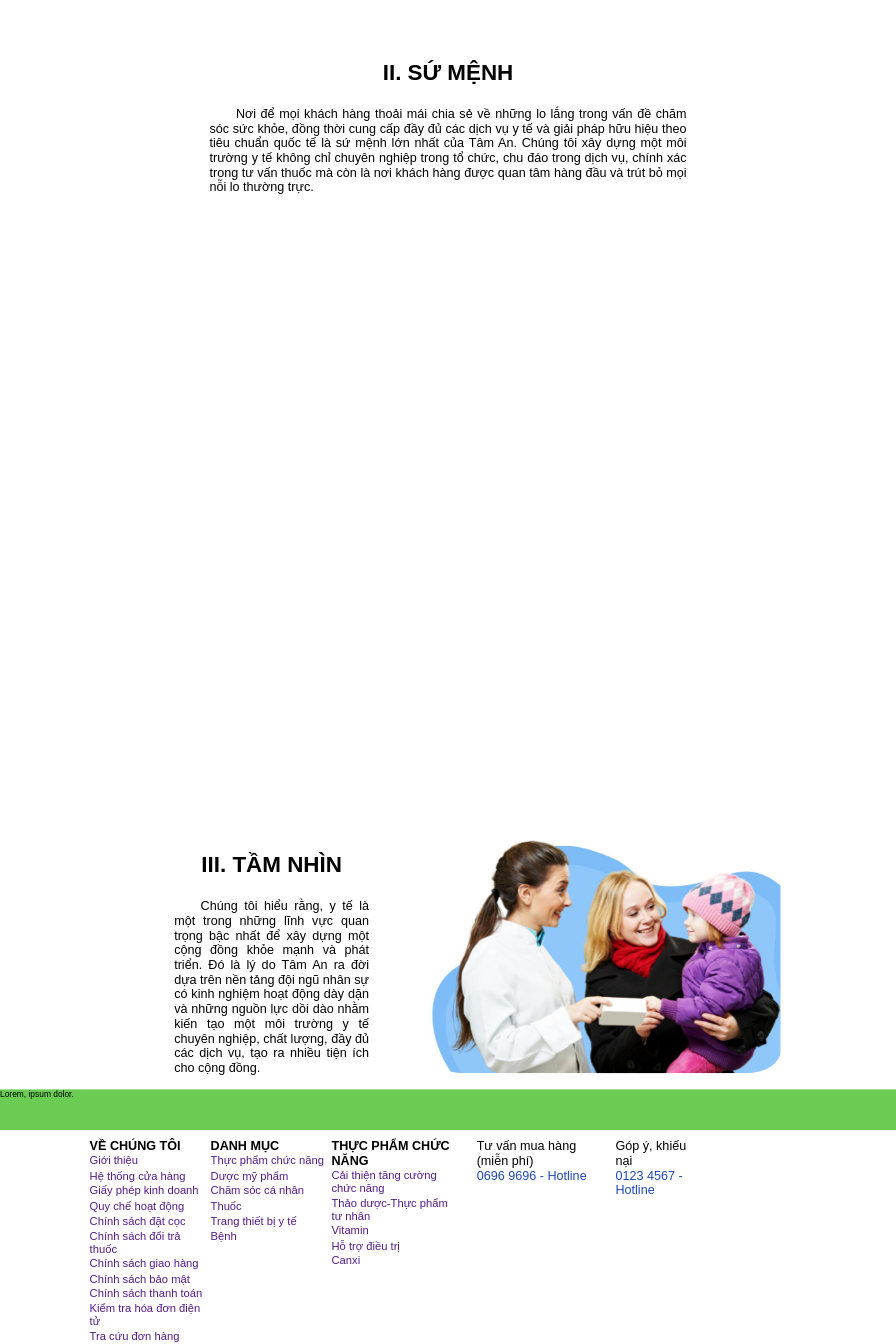
Repository: ViralAIWorks/TamAnPharmacy.github.io
Page: pages/thongtin.html
An editor plug-in stored every save of this project. The page is shown before and after the next save, followed by the edit.
The browser window is 1280 px wide. The pictures show the part of the page from y = 1326 to 3246 px (the page is 3246 px tall before and 2961 px after), at 70% of full size.
Some web fonts or font styles are not loaded; a fallback is used.

Above is the page before, as saved 2022-03-14 11:01:52.

### pages/thongtin.html
<!DOCTYPE html>

<html lang="en">

<head>
    <meta charset="utf-8" />
    <meta http-equiv="X-UA-Compatible" content="IE-edge" />
    <meta name="viewport" content="width=devive-width, initial-scale=1.0" />
    <title>Tâm An - About Us</title>
    <link href="images/logo/Tâm An Pharmacy.png" rel="icon" />
    <!--CSS cho icon va framework-->
    <link rel="stylesheet" href="https://cdnjs.cloudflare.com/ajax/libs/font-awesome/5.15.4/css/all.min.css" />
    <!--Custom css-->
    <link href="style/style_cactrang.css" rel="stylesheet" />
    <!--Css cho mobile-->
    <link rel="stylesheet" href="https://unpkg.com/swiper@7/swiper-bundle.min.css" />
</head>

<body>
    <!--Tạo header-->
    <header class="header">
        <a href="/index.html">

            <img src="images/logo/logo2.png" class="logo" width="200" height="200" alt="tamanlogo" />
        </a>
        <!--tao thanh navbar-->
        <nav class="navbar">
            <a href="thuoc.html">THUỐC</a>
            <a href="thietbiyte.html">THIẾT BỊ Y TẾ</a>
            <a href="chamsoccanhan.html">CHĂM SÓC CÁ NHÂN</a>
            <a href="suckhoe.html">SỨC KHỎE</a>
            <a href="thongtin.html">THÔNG TIN</a>
        </nav>
        <!--tao thanh tim kiem, gio hang va nutlogin-->
        <div class="icons">
            <div class="fas fa-search" id="search-btn"></div>
            <div class="fas fa-shopping-cart" id="cart-btn"></div>
            <div class="fas fa-user" id="login-btn"></div>
        </div>

        <!--Tao form tim kiem-->
        <form action="" class="search-form">
            <input type="search" id="search-box" placeholder="Tìm kiếm tại đây..." />
            <label for="search-box" class="fas fa-search"></label>
        </form>
    </header>

    <!-- bodythongtin -->
    <main class="pagethongtin">
        <img src="images/aboutus.jpg" id="aboutus-picture">
        <br>
        <div class="content">
            <!-- Về chúng tôi -->
            <div class="infomation">
                <div class="flex-info">
                    <div>
                        <h3 class="titleSize">I. VỀ CHÚNG TÔI</h3>
                        <p class="align-p"> Được thành lập vào năm 2021, Nhà thuốc Tâm an là một trong những startup dược phẩm triển vọng nhất tại Việt Nam. Đến nay Tâm An sở hữu mang lưới hơn 10 nhà thuốc đạt chuẩn GPP trên toàn quốc, cùng đội ngũ hơn 50 dược sĩ đáng tin
                            cậy, cung cấp các sản phẩm thuốc, chăm sóc cá nhân, thiết bị y hàng đầu với giá thành cạnh tranh nhất.
                            <p class="align-p"> Hiện nay Tâm An đã có hệ thống nhà thuốc rải khắp các quận huyện tại TP.HCM.</p>
                            <p class="align-p"> Tới năm 2030, Tâm An sẽ tiếp tục mở rộng hệ thống lên đến 300 nhà thuốc đạt chuẩn GPP trên khắp cả nước với hơn 1.000 dược sĩ đáng tin cậy, hướng đến mục tiêu trở thành nhà thuốc bán lẻ hiện đại và mang đến trải nghiệm tối
                                ưu cho khách hàng.</p>
                        </p>
                    </div>
                    <left>
                        <img src="images/4NewInfo/2.png" class="img25-position">
                    </left>
                </div>
            </div>
            <br>
            <!-- Sứ mệnh -->
            <div class="destiny">
                <div class="grid-des">
                    <div id="margin-des">
                        <h3 class="titleSize">II. SỨ MỆNH</h3>
                        <p>Nơi để mọi khách hàng thoải mái chia sẻ về những lo lắng trong vấn đề chăm sóc sức khỏe, đồng thời cung cấp đầy đủ các dịch vụ y tế và giải pháp hữu hiệu theo tiêu chuẩn quốc tế là sứ mệnh lớn nhất của Tâm An. Chúng tôi xây dựng
                            một môi trường y tế không chỉ chuyên nghiệp trong tổ chức, chu đáo trong dịch vụ, chính xác trong tư vấn thuốc mà còn là nơi khách hàng được quan tâm hàng đầu và trút bỏ mọi nỗi lo thường trực.</p>
                        <img src="images/4NewInfo/3.png" id="img3-position">
                    </div>
                </div>
            </div>
            <br>
            <!-- Tầm nhìn -->
            <div class="vision">
                <div class="flex-vision">
                    <div>
                        <h3 class="titleSize">III. TẦM NHÌN</h3>
                        <p class="align-p">Chúng tôi hiểu rằng, y tế là một trong những lĩnh vực quan trọng bậc nhất để xây dựng một cộng đồng khỏe mạnh và phát triển. Đó là lý do Tâm An ra đời dựa trên nền tảng đội ngũ nhân sự có kinh nghiệm hoạt động dày dặn và những
                            nguồn lực dồi dào nhằm kiến tạo một môi trường y tế chuyên nghiệp, chất lượng, đầy đủ các dịch vụ, tạo ra nhiều tiện ích cho cộng đồng.</p>
                    </div>
                    <left>
                        <img src="images/4NewInfo/5.png" class="img25-position">
                    </left>
                </div>
            </div>
        </div>
    </main>
</body>
<footer>
    <div class="ft-bar">
        <p>Lorem, ipsum dolor.</p>
    </div>
    <div class="list">
        <div class="footer-menu">
            <h2>VỀ CHÚNG TÔI</h2>
            <div class="ft-list">
                <a href=""> Giới thiệu </a>
                <a href=""> Hệ thống cửa hàng </a>
                <a href=""> Giấy phép kinh doanh </a>
                <a href=""> Quy chế hoạt động </a>
                <a href=""> Chính sách đặt cọc </a>
                <a href=""> Chính sách đổi trả thuốc </a>
                <a href=""> Chính sách giao hàng </a>
                <a href=""> Chính sách bảo mật </a>
                <a href=""> Chính sách thanh toán </a>
                <a href=""> Kiểm tra hóa đơn điện tử </a>
                <a href=""> Tra cứu đơn hàng </a>
            </div>
        </div>
        <div class="footer-menu">
            <h2>DANH MỤC</h2>
            <div class="ft-list">
                <a href=""> Thực phẩm chức năng </a>
                <a href=""> Dược mỹ phẩm </a>
                <a href=""> Chăm sóc cá nhân </a>
                <a href=""> Thuốc </a>
                <a href=""> Trang thiết bị y tế </a>
                <a href=""> Bệnh </a>
            </div>
        </div>
        <div class="footer-menu">
            <h2>THỰC PHẨM CHỨC NĂNG</h2>
            <div class="ft-list">
                <a href="">Cải thiện tăng cường chức năng</a>
                <a href=""> Thảo dược-Thực phẩm tư nhân </a>
                <a href=""> Vitamin </a>
                <a href=""> Hỗ trợ điều trị </a>
                <a href=""> Canxi </a>
            </div>
        </div>
        <div class="footer-contact_width">
            <div class="ft-contact">
                <div>
                    <p class="ft-service">Tư vấn mua hàng (miễn phí)</p>
                    <a href="" class="phone">0696 9696 - Hotline</a>
                </div>
                <div>
                    <p class="ft-service">Góp ý, khiếu nại</p>
                    <a href="" class="phone">0123 4567 - Hotline</a>
                </div>

            </div>
        </div>
    </div>
</footer>

</html>

### pages/style/style_cactrang.css
@import url("https://fonts.googleapis.com/css2?family=Source+Sans+3:ital,wght@0,200;0,300;0,400;0,500;0,600;0,700;0,800;0,900;1,200;1,300;1,400;1,500;1,600;1,700;1,800;1,900&display=swap");
:root {
    --box-shadow: 0 0.5rem 1.5rem rgba(0, 0, 0, 0.1);
    --border: 0.2rem solid rgba(0, 0, 0, 0.1);
    --outline: 0.1rem solid rgba(0, 0, 0, 0.1);
    --outline-hover: 0.2rem solid var(--black);
}


/*css cho nen trang web*/

* {
    font-family: "Source Sans 3", sans-serif;
    padding: 0px;
    margin: 0px;
    box-sizing: border-box;
    outline: none;
    border: none;
    text-decoration: none;
    text-transform: None;
    transition: all 0.2s linear;
}

body {
    margin: 0 auto;
    width: auto;
}


/*html*/

html {
    font-size: 75%;
}


/*css cho header*/

.header {
    display: flex;
    justify-content: space-between;
    align-items: center;
    padding: 0px 5%;
    position: fixed;
    top: 0;
    left: 0;
    right: 0;
    background: white;
    z-index: 1000;
    box-shadow: var(--box-shadow);
    max-height: 100px;
}

.header .logo {
    cursor: pointer;
}

.header .navbar a {
    font-size: 16px;
    font-family: "Source Sans 3", sans-serif;
    color: #004aad;
    font-weight: 500;
    text-decoration: none;
    transition: all 0.3s ease 0s;
    display: inline-block;
    padding: 0px 10px;
}


/*hover: hieu ung khi di chuot toi vi tri*/

.header .navbar a:hover {
    color: aqua;
}

.header .icons div:hover {
    color: white;
}

.header .search-form label:hover {
    color: Highlight;
}

.header .icons div {
    height: 40px;
    width: 40px;
    line-height: 40px;
    border-radius: 5px;
    background: #b6cff9;
    color: var(--black);
    font-size: 20px;
    margin-left: 2px;
    cursor: pointer;
    text-align: center;
}


/*an icon tim kiem lon*/

#search-btn {
    display: none;
}

.header .search-form {
    position: sticky;
    overflow: hidden;
    border-radius: 10px;
    display: flex;
    box-shadow: var(--box-shadow);
    align-items: center;
    width: auto;
    height: 40px;
    border-style: solid;
    border-color: #004aad;
}

.header .search-form.active {
    right: 2rem;
    transition: 0.4s linear;
}

.header .search-form input {
    height: 100%;
    width: 100%;
    background: none;
    text-transform: none;
    font-size: 16px;
    color: var(--black);
    padding: 0px 10px;
}


/* icon kính lúp*/

.header .search-form label {
    font-size: 20px;
    padding-right: 10px;
    color: var(--black);
    cursor: pointer;
}


/*Picture*/

#aboutus-picture {
    position: center;
    width: 100%;
    height: 100%;
    display: block;
    padding-top: 2%;
}


/*Page Thong Tin*/

.pagethongtin {
    margin-top: 100px;
    margin-left: 5%;
    margin-right: 5%;
    font-family: "Source Sans 3", sans-serif;
    font-size: large;
}

main div h3 {
    text-align: center;
}

main div p {
    text-indent: 1cm;
    text-align: justify;
    margin: 1px 10%;
    padding-bottom: 0.5cm;
}

main {
    display: grid;
    grid-template-rows: auto;
}

.titleSize {
    font-size: xx-large;
    margin-bottom: 30px;
}

.flex-info,
.flex-vision {
    display: flex;
}

.content div {
    margin-top: 2%;
    padding: 0 50px;
}

.align-p {
    padding: 0 0 auto auto;
}

.grid-des {
    display: grid;
}

#img3-position {
    text-align: center;
    width: 80%;
    padding: 50%
}

.img25-position {
    border-radius: 10%;
    text-align: left;
}

.ft-bar {
    background-color: rgb(106, 204, 82);
    height: 8vh;
}

.list {
    display: flex;
    margin-left: 10%;
    margin-top: 1%;
    text-align: left;
}

.footer-menu {
    width: 15%;
}

.footer-contact_width {
    width: 30%;
}

.ft-list {
    display: grid;
    font-size: medium;
}

.ft-list a {
    padding: 1% 0;
}

.ft-contact {
    display: flex;
}

.ft-contact div {
    padding-left: 10%;
    font-size: large;
}

.phone {
    color: #1d48ba;
    display: inline;
}

After the next save:
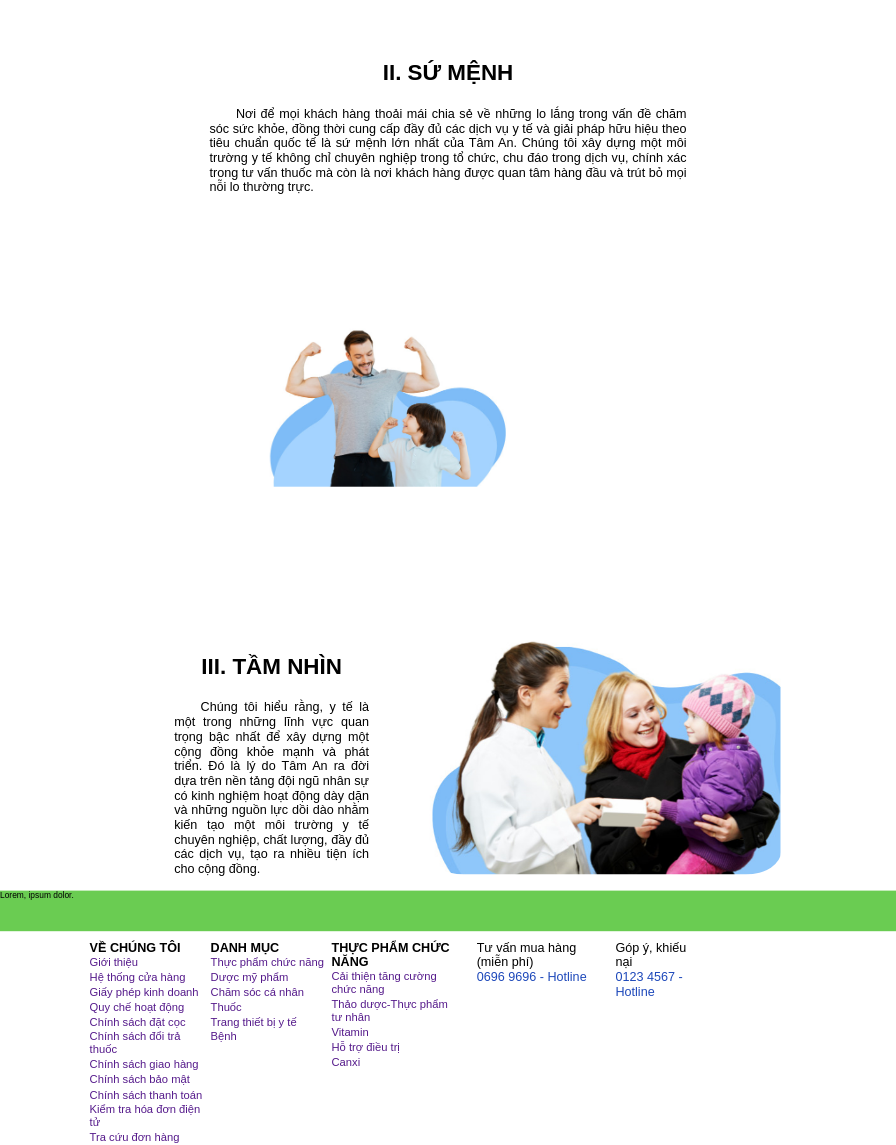
Saved 4 s later.
--- a/pages/style/style_cactrang.css
+++ b/pages/style/style_cactrang.css
@@ -203,7 +203,7 @@ main {
 #img3-position {
     text-align: center;
     width: 80%;
-    padding: 50%
+    padding: 20%
 }
 
 .img25-position {
